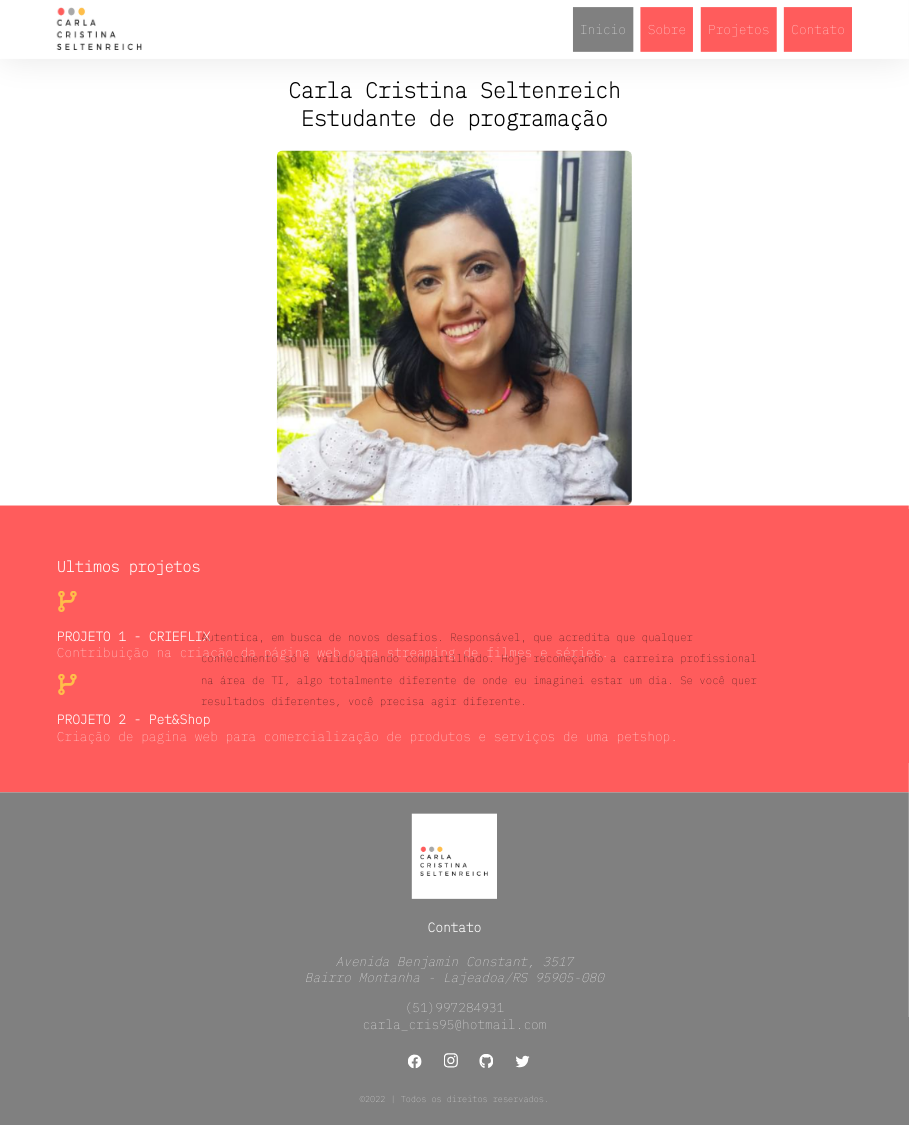
Repository: carla-seltenreich/portfolio
Page: index.html
These files come from the project's save history. The page is drawn as it stood at one moment and after the next save; the edit follows.
The browser window is 1280 px wide. The pictures show the whole page, at 71% of full size.

Above is the page before, as saved 2022-05-26 02:12:56.

### index.html
<!DOCTYPE html>
<html lang="en">

<head>
    <meta charset="UTF-8">
    <meta http-equiv="X-UA-Compatible" content="IE=edge">
    <meta name="viewport" content="width=device-width, initial-scale=1.0">
    <title>Carla Cristina Seltenreich</title>
    <link rel="preconnect" href="https://fonts.googleapis.com">
    <link rel="preconnect" href="https://fonts.gstatic.com" crossorigin>
    <link rel="stylesheet" href="style.css">

    <link href="preconnect" href="https://fonts.googleapis.com">
    <link rel="preconnect" href="https://fonts.gstatic.com" crossorigin>
    <link href="https://fonts.googleapis.com/css2?family=IBM+Plex+Mono:wght@100&family=Questrial&display=swap"
        rel="stylesheet">
</head>

<body>
    <header class="header">
        <div class="container header-container">
            <img src="Carla cristina sELTENREICH.jpg" alt="logo" class="brand">
            <ul class="nav">
                <li>
                    <a href="index.html" class="active">Inicio</a>
                </li>
                <li>
                    <a href="about.html">Sobre</a>
                </li>
                <li>
                    <a href="project.html">Projetos</a>
                </li>
                <li>
                    <a href="contact.html">Contato</a>
                </li>
            </ul>
        </div>
    </header>
    <div class="name">
        <h1 class="name-title">
            Carla Cristina Seltenreich<br>
            Estudante de programação
        </h1>
    </div>
    </header>
    <section class="banner">
        <img class="photo-banner" src="carla.png">
    </section>
    <section class="about-home">
        <div class="text-about-home">
            <P>Autentica, em busca de novos desafios. Responsável,
                que acredita que qualquer conhecimento só é valido quando compartilhado.
                Hoje recomeçando a carreira profissional na área de TI, algo totalmente diferente de onde eu imaginei
                estar um dia. Se você quer resultados diferentes, você precisa agir diferente.</P>
        </div>
    </section>
    <section class="lastest-projects-home">
        <div class="container">
            <h3>Ultimos projetos</h3>
            <img src="code-branch-solid.svg" alt="logo-project" class="logo-project">
            <p><strong>PROJETO 1 - CRIEFLIX</strong><br>
                Contribuição na criação da página web para streaming de filmes e séries.</p>
            <img src="code-branch-solid.svg" alt="logo-project" class="logo-project">
            <p><strong>PROJETO 2 - Pet&Shop</strong><br>
                Criação de pagina web para comercialização de produtos e serviços de uma petshop.<br>
            </p>
        </div>

    </section>
    <footer class="footer">
        <div class="container">
            <img src="Carla cristina sELTENREICH.png" alt="logo" class="brand">
            <div class="footer-container">
                <div class="footer-contact">
                    <h4>Contato</h4>

                    <address>Avenida Benjamin Constant, 3517 <br />Bairro Montanha - Lajeadoa/RS 95905-080
                    </address>
                    <a href="#">(51)997284931</a>
                    <a href="#">carla_cris95@hotmail.com</a>
                </div>

                <div class="footer-social-medias">
                    <ul class="social-medias">
                        <li><a href="https://www.facebook.com/carla.cristina.16144/"><img src="facebook-brands (1).svg"
                                    alt="logo-facebook" class="logo-socialmedia"></a></li>
                        <li><a href="https://www.instagram.com/100meat/"><img src="instagram-brands (1).svg"
                                    alt="logo-instagram" class="logo-socialmedia"></a></li>
                        <li><a href="https://github.com/carla-seltenreich"><img src="github-brands.svg"
                                    alt="logo-github" class="logo-socialmedia"></a></li>
                        <li><a href="https://twitter.com/100meat"><img src="twitter-brands (1).svg" alt="logo-twitter"
                                    class="logo-socialmedia"></a></li>
                    </ul>
                </div>
                <div class="copyright">©2022 | Todos os direitos reservados.</div>
            </div>
    </footer>
</body>

</html>

### style.css
body {
    font-family: 'IBM Plex Mono';
    font-size: 18px;
    padding-top: 120px;
    margin: 0;
}

.container {
    max-width: 1120px;
    margin: 0 auto;
}

.header {
    background: #fff;
    position: absolute;
    width: 100%;
    text-align: center;
    top: 0;
    z-index: 1;
    padding: 10px 0;
    box-shadow: 0 0 50px rgba(0, 0, 0, 0.1);
    box-sizing: border-box;
    align-items: center;
}

.brand {
    max-width: 120px;
}

.nav {
    margin: 0;
    padding: 0;
    list-style: none;
}

.nav li {
    background-color: #ff5c5c;
    display: inline-block;
}

.nav a {
    color: #fff;
    display: block;
    padding: 5px;
    text-decoration: none;
}

.nav a:hover {
    color: gray;

}

.nav a.active {
    color: #fff;
    background: gray;
}

.name {
    padding: 7px;
}

.name-title {
    text-align: center;
    font-size: 30px;
}


.photo-banner {
    background-color: #ff5c5c;
    width: 500px;
    display: block;
    max-width: 100%;
    margin: 0 auto;
    border-radius: 8px;
}

.lastest-projects-home {
    background-color: #ff5c5c;
    color: #fff;
    padding: 50px;
    position: center;
}

.logo-project {
    width: 30px;
    height: 30px;
}

.text-about-home {
    position: absolute;
    width: 800px;
    height: 270px;
    left: 283px;
    top: 808px;
    font-style: normal;
    font-weight: 400;
    font-size: 15px;
    line-height: 30px;
    /* or 200% */

    display: flex;
    align-items: center;
}

.title-project {
    position: absolute;
    width: 800px;
    height: 57px;
    left: 283px;
    top: 156px;

    font-style: normal;
    font-weight: 600;
    font-size: 44px;
    line-height: 57px;
    display: flex;
    align-items: center;
}

.text-project {
    position: absolute;
    width: 800px;
    height: 120px;
    left: 283px;
    top: 233px;
    font-style: normal;
    font-weight: 400;
    font-size: 20px;
    line-height: 30px;
    /* or 200% */

    display: flex;
    align-items: center;

    color: black;
}

.footer {
    color: #fff;
    background: grey;
    padding: 30px 0;
    text-align: center;
}

.footer-container {
    display: block;
    justify-content: center;
}

.footer-contact a {
    display: block;
    color: #fff;
    text-decoration: none;
}

.footer-social-medias {}

.social-medias li {
    display: inline-block;
}

.social-meidas a {
    display: block;
    font-size: 25px;
    padding: 20px 10px;

}

.logo-socialmedia {
    width: 20px;
    padding: 10px;
}

.footer-contact address {
    margin-bottom: 20px;
}

.copyright {
    font-size: 12px;
    margin-top: 20px;
}

@media screen and (min-width: 768px) {
    body {
        padding-top: 80px;
    }

    .header-container {
        display: flex;
        justify-content: space-between;
    }

    .nav a {
        padding: 20px 10px;
    }
}

### code-branch-solid.svg
<svg xmlns="http://www.w3.org/2000/svg" viewBox="0 0 448 512"><!--! Font Awesome Pro 6.1.1 by @fontawesome - https://fontawesome.com License - https://fontawesome.com/license (Commercial License) Copyright 2022 Fonticons, Inc. --><path fill= "#ffbd4a" d="M160 80C160 112.8 140.3 140.1 112 153.3V241.1C130.8 230.2 152.7 224 176 224H272C307.3 224 336 195.3 336 160V153.3C307.7 140.1 288 112.8 288 80C288 35.82 323.8 0 368 0C412.2 0 448 35.82 448 80C448 112.8 428.3 140.1 400 153.3V160C400 230.7 342.7 288 272 288H176C140.7 288 112 316.7 112 352V358.7C140.3 371 160 399.2 160 432C160 476.2 124.2 512 80 512C35.82 512 0 476.2 0 432C0 399.2 19.75 371 48 358.7V153.3C19.75 140.1 0 112.8 0 80C0 35.82 35.82 0 80 0C124.2 0 160 35.82 160 80V80zM80 104C93.25 104 104 93.25 104 80C104 66.75 93.25 56 80 56C66.75 56 56 66.75 56 80C56 93.25 66.75 104 80 104zM368 56C354.7 56 344 66.75 344 80C344 93.25 354.7 104 368 104C381.3 104 392 93.25 392 80C392 66.75 381.3 56 368 56zM80 456C93.25 456 104 445.3 104 432C104 418.7 93.25 408 80 408C66.75 408 56 418.7 56 432C56 445.3 66.75 456 80 456z"/></svg>

### facebook-brands (1).svg
<svg xmlns="http://www.w3.org/2000/svg" viewBox="0 0 512 512"><!--! Font Awesome Pro 6.1.1 by @fontawesome - https://fontawesome.com License - https://fontawesome.com/license (Commercial License) Copyright 2022 Fonticons, Inc. --><path fill="#fff" d="M504 256C504 119 393 8 256 8S8 119 8 256c0 123.78 90.69 226.38 209.25 245V327.69h-63V256h63v-54.64c0-62.15 37-96.48 93.67-96.48 27.14 0 55.52 4.84 55.52 4.84v61h-31.28c-30.8 0-40.41 19.12-40.41 38.73V256h68.78l-11 71.69h-57.78V501C413.31 482.38 504 379.78 504 256z"/></svg>

### instagram-brands (1).svg
<svg xmlns="http://www.w3.org/2000/svg" viewBox="0 0 448 512"><!--! Font Awesome Pro 6.1.1 by @fontawesome - https://fontawesome.com License - https://fontawesome.com/license (Commercial License) Copyright 2022 Fonticons, Inc. --><path fill="#fff" d="M224.1 141c-63.6 0-114.9 51.3-114.9 114.9s51.3 114.9 114.9 114.9S339 319.5 339 255.9 287.7 141 224.1 141zm0 189.6c-41.1 0-74.7-33.5-74.7-74.7s33.5-74.7 74.7-74.7 74.7 33.5 74.7 74.7-33.6 74.7-74.7 74.7zm146.4-194.3c0 14.9-12 26.8-26.8 26.8-14.9 0-26.8-12-26.8-26.8s12-26.8 26.8-26.8 26.8 12 26.8 26.8zm76.1 27.2c-1.7-35.9-9.9-67.7-36.2-93.9-26.2-26.2-58-34.4-93.9-36.2-37-2.1-147.9-2.1-184.9 0-35.8 1.7-67.6 9.9-93.9 36.1s-34.4 58-36.2 93.9c-2.1 37-2.1 147.9 0 184.9 1.7 35.9 9.9 67.7 36.2 93.9s58 34.4 93.9 36.2c37 2.1 147.9 2.1 184.9 0 35.9-1.7 67.7-9.9 93.9-36.2 26.2-26.2 34.4-58 36.2-93.9 2.1-37 2.1-147.8 0-184.8zM398.8 388c-7.8 19.6-22.9 34.7-42.6 42.6-29.5 11.7-99.5 9-132.1 9s-102.7 2.6-132.1-9c-19.6-7.8-34.7-22.9-42.6-42.6-11.7-29.5-9-99.5-9-132.1s-2.6-102.7 9-132.1c7.8-19.6 22.9-34.7 42.6-42.6 29.5-11.7 99.5-9 132.1-9s102.7-2.6 132.1 9c19.6 7.8 34.7 22.9 42.6 42.6 11.7 29.5 9 99.5 9 132.1s2.7 102.7-9 132.1z"/></svg>

### github-brands.svg
<svg xmlns="http://www.w3.org/2000/svg" viewBox="0 0 496 512"><!--! Font Awesome Pro 6.1.1 by @fontawesome - https://fontawesome.com License - https://fontawesome.com/license (Commercial License) Copyright 2022 Fonticons, Inc. --><path fill="#fff" d="M165.9 397.4c0 2-2.3 3.6-5.2 3.6-3.3.3-5.6-1.3-5.6-3.6 0-2 2.3-3.6 5.2-3.6 3-.3 5.6 1.3 5.6 3.6zm-31.1-4.5c-.7 2 1.3 4.3 4.3 4.9 2.6 1 5.6 0 6.2-2s-1.3-4.3-4.3-5.2c-2.6-.7-5.5.3-6.2 2.3zm44.2-1.7c-2.9.7-4.9 2.6-4.6 4.9.3 2 2.9 3.3 5.9 2.6 2.9-.7 4.9-2.6 4.6-4.6-.3-1.9-3-3.2-5.9-2.9zM244.8 8C106.1 8 0 113.3 0 252c0 110.9 69.8 205.8 169.5 239.2 12.8 2.3 17.3-5.6 17.3-12.1 0-6.2-.3-40.4-.3-61.4 0 0-70 15-84.7-29.8 0 0-11.4-29.1-27.8-36.6 0 0-22.9-15.7 1.6-15.4 0 0 24.9 2 38.6 25.8 21.9 38.6 58.6 27.5 72.9 20.9 2.3-16 8.8-27.1 16-33.7-55.9-6.2-112.3-14.3-112.3-110.5 0-27.5 7.6-41.3 23.6-58.9-2.6-6.5-11.1-33.3 2.6-67.9 20.9-6.5 69 27 69 27 20-5.6 41.5-8.5 62.8-8.5s42.8 2.9 62.8 8.5c0 0 48.1-33.6 69-27 13.7 34.7 5.2 61.4 2.6 67.9 16 17.7 25.8 31.5 25.8 58.9 0 96.5-58.9 104.2-114.8 110.5 9.2 7.9 17 22.9 17 46.4 0 33.7-.3 75.4-.3 83.6 0 6.5 4.6 14.4 17.3 12.1C428.2 457.8 496 362.9 496 252 496 113.3 383.5 8 244.8 8zM97.2 352.9c-1.3 1-1 3.3.7 5.2 1.6 1.6 3.9 2.3 5.2 1 1.3-1 1-3.3-.7-5.2-1.6-1.6-3.9-2.3-5.2-1zm-10.8-8.1c-.7 1.3.3 2.9 2.3 3.9 1.6 1 3.6.7 4.3-.7.7-1.3-.3-2.9-2.3-3.9-2-.6-3.6-.3-4.3.7zm32.4 35.6c-1.6 1.3-1 4.3 1.3 6.2 2.3 2.3 5.2 2.6 6.5 1 1.3-1.3.7-4.3-1.3-6.2-2.2-2.3-5.2-2.6-6.5-1zm-11.4-14.7c-1.6 1-1.6 3.6 0 5.9 1.6 2.3 4.3 3.3 5.6 2.3 1.6-1.3 1.6-3.9 0-6.2-1.4-2.3-4-3.3-5.6-2z"/></svg>

### twitter-brands (1).svg
<svg xmlns="http://www.w3.org/2000/svg" viewBox="0 0 512 512"><!--! Font Awesome Pro 6.1.1 by @fontawesome - https://fontawesome.com License - https://fontawesome.com/license (Commercial License) Copyright 2022 Fonticons, Inc. --><path fill="#fff" d="M459.37 151.716c.325 4.548.325 9.097.325 13.645 0 138.72-105.583 298.558-298.558 298.558-59.452 0-114.68-17.219-161.137-47.106 8.447.974 16.568 1.299 25.34 1.299 49.055 0 94.213-16.568 130.274-44.832-46.132-.975-84.792-31.188-98.112-72.772 6.498.974 12.995 1.624 19.818 1.624 9.421 0 18.843-1.3 27.614-3.573-48.081-9.747-84.143-51.98-84.143-102.985v-1.299c13.969 7.797 30.214 12.67 47.431 13.319-28.264-18.843-46.781-51.005-46.781-87.391 0-19.492 5.197-37.36 14.294-52.954 51.655 63.675 129.3 105.258 216.365 109.807-1.624-7.797-2.599-15.918-2.599-24.04 0-57.828 46.782-104.934 104.934-104.934 30.213 0 57.502 12.67 76.67 33.137 23.715-4.548 46.456-13.32 66.599-25.34-7.798 24.366-24.366 44.833-46.132 57.827 21.117-2.273 41.584-8.122 60.426-16.243-14.292 20.791-32.161 39.308-52.628 54.253z"/></svg>

After the next save:
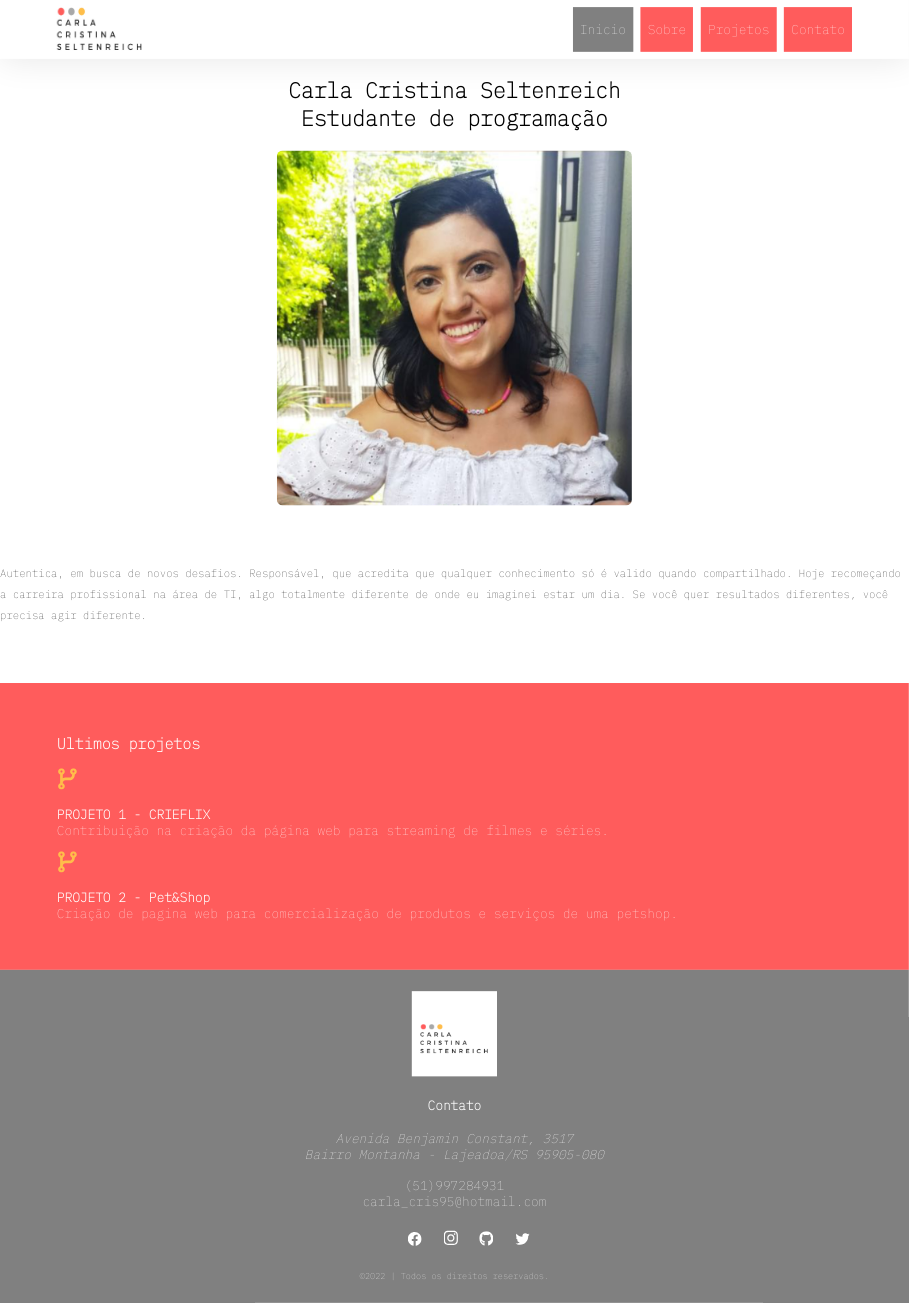
Saved 4 min 15 s later.
--- a/style.css
+++ b/style.css
@@ -87,9 +87,8 @@ body {
 }
 
 .text-about-home {
-    position: absolute;
-    width: 800px;
-    height: 270px;
+
+    height: 250px;
     left: 283px;
     top: 808px;
     font-style: normal;
